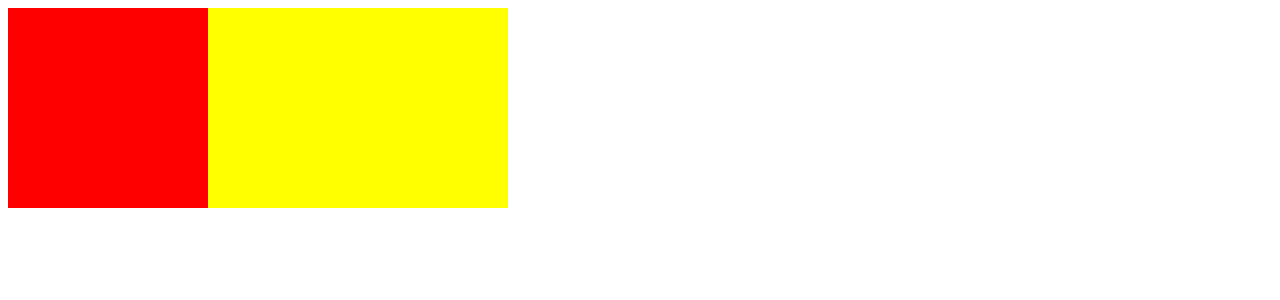
Repository: hminah0215/bitcamp
Page: http://localhost/day0218/exam02/ex10.jsp
These files come from the project's save history. The page is drawn as it stood at one moment and after the next save; the edit follows.
The browser window is 1280 px wide. The pictures show the whole page.
The page is served by Tomcat 9.

Above is the page before, as saved 2020-02-18 02:14:23.

### save_eclipse/day0218/WebContent/exam02/ex10.jsp
<%@ page language="java" contentType="text/html; charset=UTF-8"
    pageEncoding="UTF-8"%>
<!DOCTYPE html>
<html>
<head>
<meta charset="UTF-8">
<title>Insert title here</title>
<style type="text/css">
	#parent{width: 500px;  background: yellow; }
	#child{width: 200px; height: 200px; background: red;}
</style>
</head>
<body>
	<div id="parent">
		<div id="child"></div>
	</div>
</body>
</html>

After the next save:
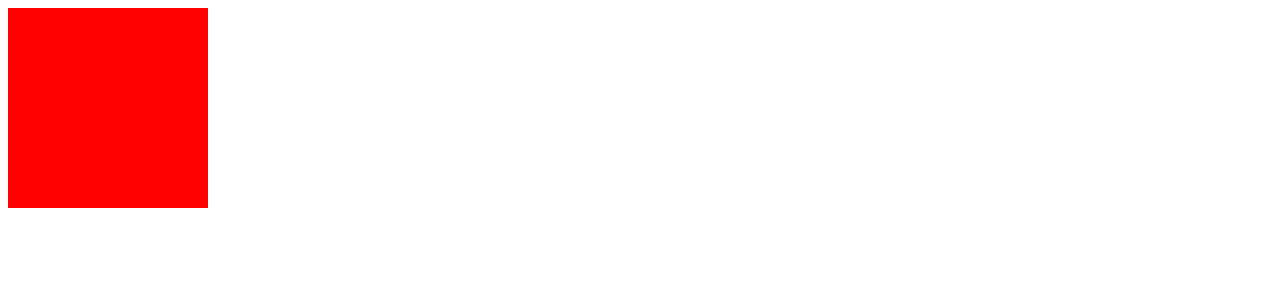
Saved 80 s later.
--- a/save_eclipse/day0218/WebContent/exam02/ex10.jsp
+++ b/save_eclipse/day0218/WebContent/exam02/ex10.jsp
@@ -7,7 +7,7 @@
 <title>Insert title here</title>
 <style type="text/css">
 	#parent{width: 500px;  background: yellow; }
-	#child{width: 200px; height: 200px; background: red;}
+	#child{width: 200px; height: 200px; background: red; position: fixed;}
 </style>
 </head>
 <body>
